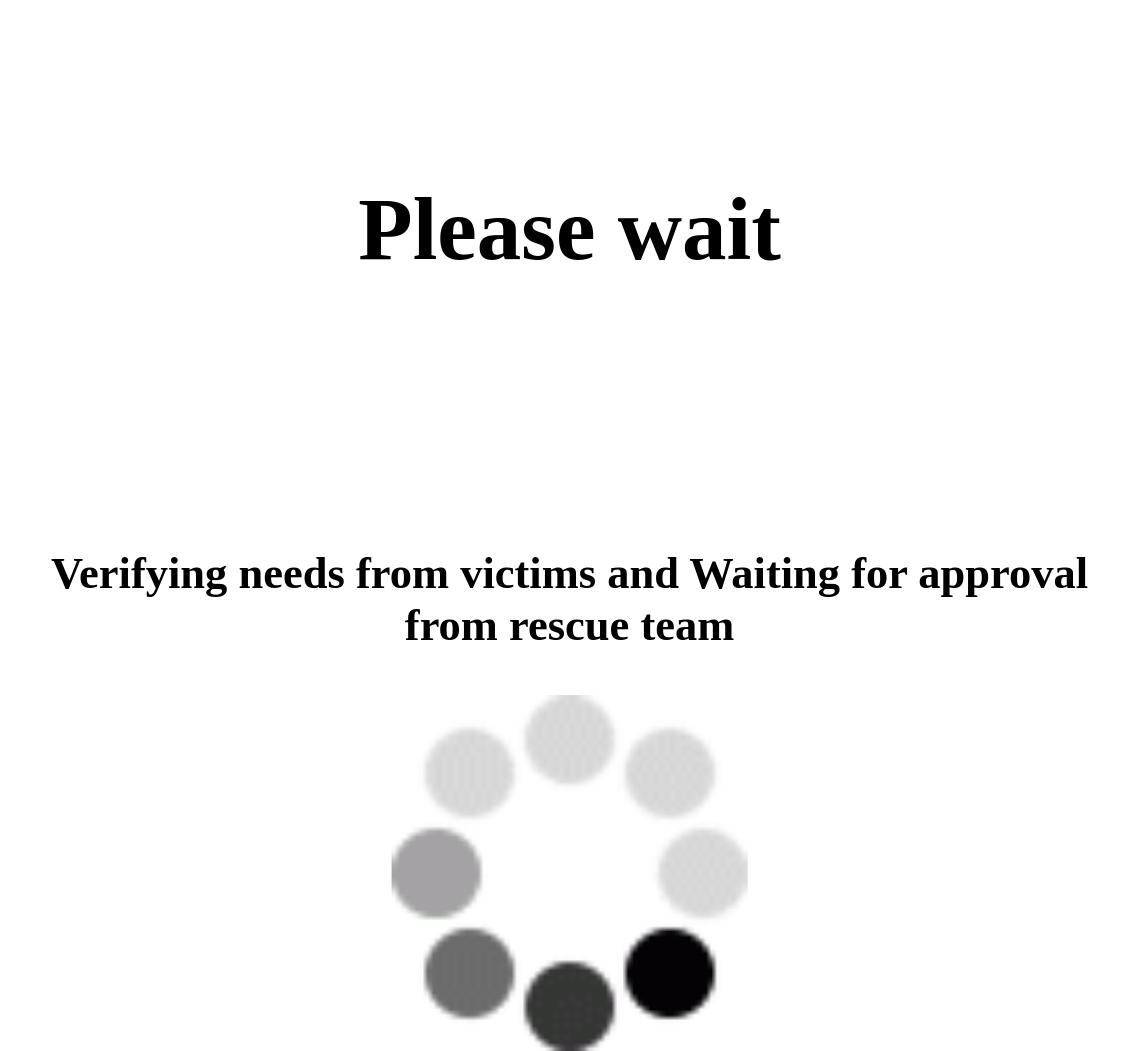
Repository: KittichoteKamalapirat/EMS-management-system
Page: loading.html
The author's editor kept a record of every edit. The page is drawn from the files as they stood at one moment, then again after the next edit.
The browser window is 1280 px wide. The pictures show the whole page, at 89% of full size.

Above is the page before.

### loading.html


<link rel="stylesheet" href="/css/index.css" type="text/css" />


<div class="container">

    <h1 class = "wait">Please wait</h1>

<h3 class = "loading">Verifying needs from victims and Waiting for approval from rescue team</h3>
<a href="/approve">
    <img id="loading" src="/images/loading.gif"></img>
    </a>
<div class = "icon">
   <i class="fa fa-spinner fa-3x"></i>
</div>



</div>

### public/css/index.css
body {
  background:white;
}

  /* Always set the map height explicitly to define the size of the div
       * element that contains the map. */
      #map {
        height: 100%;
      }
      /* Optional: Makes the sample page fill the window. */
      html, body {
        height: 100%;
        margin: 0;
        padding: 0;
      }


/*modal box*/

.head-tag{
  margin-top: 40px;
}
.bg-modal {
  width:100%;
  height: 100%;
  background-color: rgba(0, 0, 0, 0.8);
  position: absolute;
  top: 0;
  display: none;
  justify-content: center;
  align-items: center; }


.bg-modal .close {
  position: absolute;
  font-size: 3rem;
　right: 1rem;
  top: 0, 5rem;
  transform: rotate(45deg);
  cursor: pointer; }


.box{
  display: grid¥;
  justify-content: center;
  margin: 0 auto;
  padding: 5rem;
  width: 50%;
  background-color: white;
  position: relative;
 }

 /*html1について*/
.header {
  height: 100px;
  width:100%;

}
.splet-boxes {
  margin-top: 40px;
}

.left-box {
  margin-left:5%;
  font-size: 80px;
  float: left;
  width:40%;
  text-align: center;
  cursor: pointer;
  line-height: 300px;
  border-radius: 4px;
  border: 2px solid black;
}
p {
  font-weight: bold;

}

.right-box {
  margin-right:5%;
  font-size: 80px;
  float: right;
  width:40%;
  text-align: center;
  line-height: 300px;
  cursor: pointer;
  border-radius: 4px;
  border: 2px solid black;
}
.left-box:hover {
  background: #FF0000;
  opacity: 0.7;

}
.right-box:hover {
  background: #66FF99;
  opacity: 0.7;
}


/*html２について*/
.select-skill {
  font-size: 100px;
  text-align: center;
  font-weight: bold;
  margin-top: 100px;
}
li > input {
  position:relative;
   width: 50px;
   height:50px;
  float: left;
  margin: 50px 40px 0 20px;
  transform:scale(1.5);
}

.scrollWrap {
  width: 100%;
  margin: 0px auto;
  overflow: auto;
}
.scrollContent ul {
  margin-top: 50px;
  list-style: none;
  background: white;
  padding: 0;
  position: relative;
}
.scrollContent ul li {
  margin-bottom: 30px;
  font-size: 30px;
  height: 150px;
  line-height: 150px;
  border:1px solid black;
  border-left: solid 6px #2d8fdd;
  position: relative;
}
.selected {
  background: rgb(34,181,115,0.7);
}
/*スクロールバーの幅*/
::-webkit-scrollbar {
    width: 6px;
}
/*スクロールバーのレール*/
::-webkit-scrollbar-track {
  border-radius: 30px;
  background: #eee;
}
/*スクロールバーのつまみ*/
::-webkit-scrollbar-thumb {
  border-radius: 30px;
  background: #81D4FA;
}

a {
  text-decoration: none;
}

#decide {
  margin:100px auto 100px;
  font-size: 60px;
  width: 600px;
  padding: 20px 60px 30px 60px;
  text-align: center;
  display: block;
  color: white;
  background: rgb(34,181,115);
　font-size: 70px;
　border-radius: 20px;
　text-align: center;
　line-height: 100px;
}


/*html3について*/


h1 {
  text-align: center;
  font-size: 100px;
}


h2 {
  text-align: center;
  font-size: 80px;
}


h3 {
  text-align: center;
  font-size: 50px;
}


.loading {
  margin-top: 300px;
}

.icon {
  margin: 0 auto;
  width: 100%;
  text-align: center;
  font-size: 100px;
  transition: .4s;
}
.wait {
  margin-top: 200px;
}
.thanks {
  margin: 0 auto;
  width: 100%;
  text-align: center;
  font-size: 100px;
}

.container{
    margin: 0 auto;
    text-align:center;
}
.can {
  margin-top: 200px;
}
.can1 {
  margin-top: 200px;
}

#loading{
    margin: 0 auto;
    display: block;
    width: 400px;
}
.fa-check-circle:before {
  color: rgb(34,181,115);
}

.go {
  margin:350px auto 100px;
  text-decoration: none;
  text-align: center;
  font-size: 50px;
  border:1px solid black;
  border-radius: 5px;
  display: block;
  color:white;
  background: rgb(34,181,115);
  width:650px;
  height: 150px;
  line-height: 150px;
}


/*direction button for map page*/

#map{
  position: fixed;
  z-index:0;
}
.direction-button{
  font-size: 20px;
  position: relative;
  color: white;
  bottom: 60px;
  left: 20px;
  z-index:10;
  padding: 10px 20px;
  border-radius: 5px;
  background-color: rgb(0,113,188);
  box-shadow: 5px 5px 5px rgba(0, 0, 0, .5);
}

.people{
  height: 300px;
  margin-bottom: 100px;
}

After the next edit:
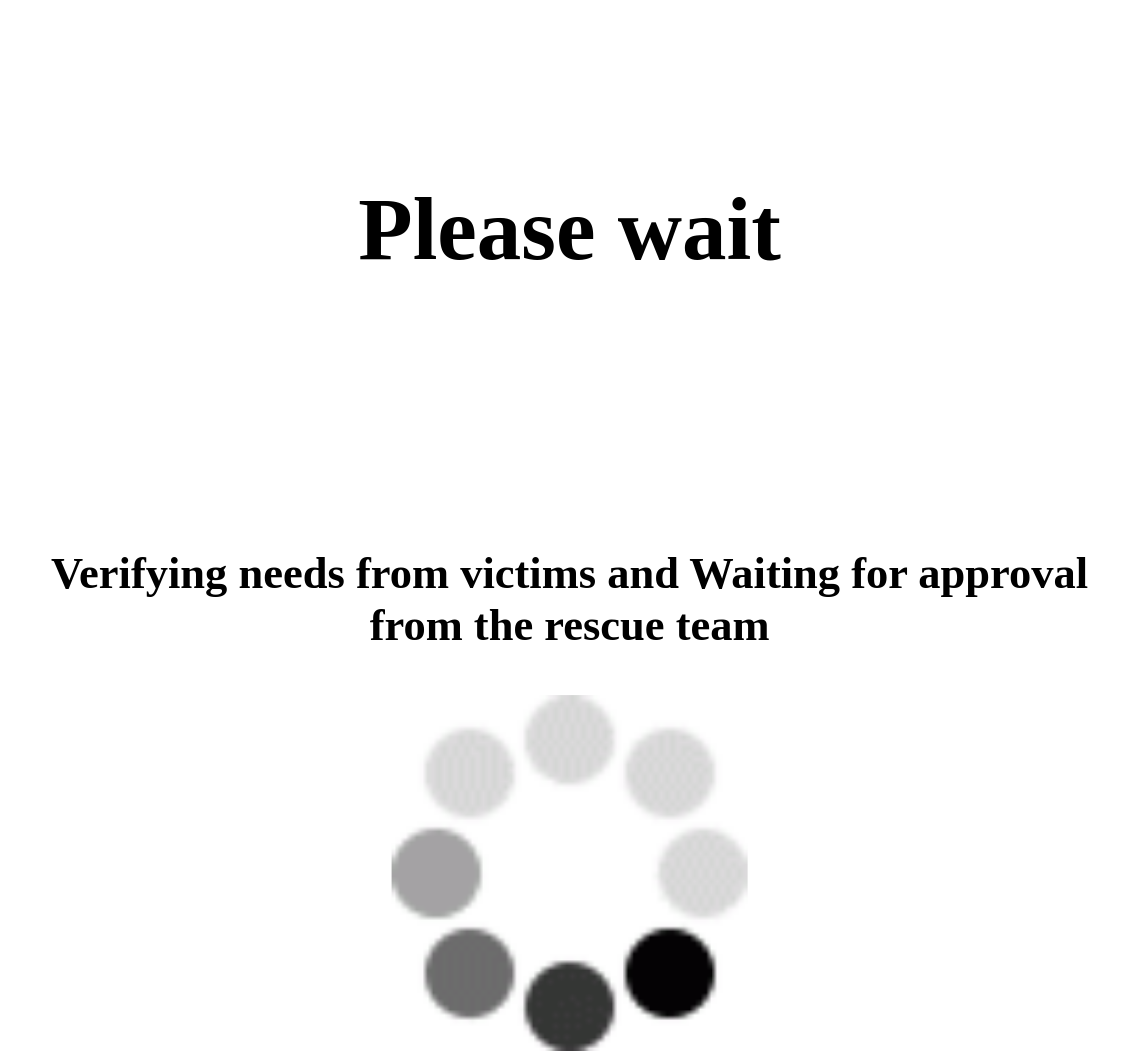
The edit:
--- a/loading.html
+++ b/loading.html
@@ -7,7 +7,7 @@
 
     <h1 class = "wait">Please wait</h1>
 
-<h3 class = "loading">Verifying needs from victims and Waiting for approval from rescue team</h3>
+<h3 class = "loading">Verifying needs from victims and Waiting for approval from the rescue team</h3>
 <a href="/approve">
     <img id="loading" src="/images/loading.gif"></img>
     </a>
